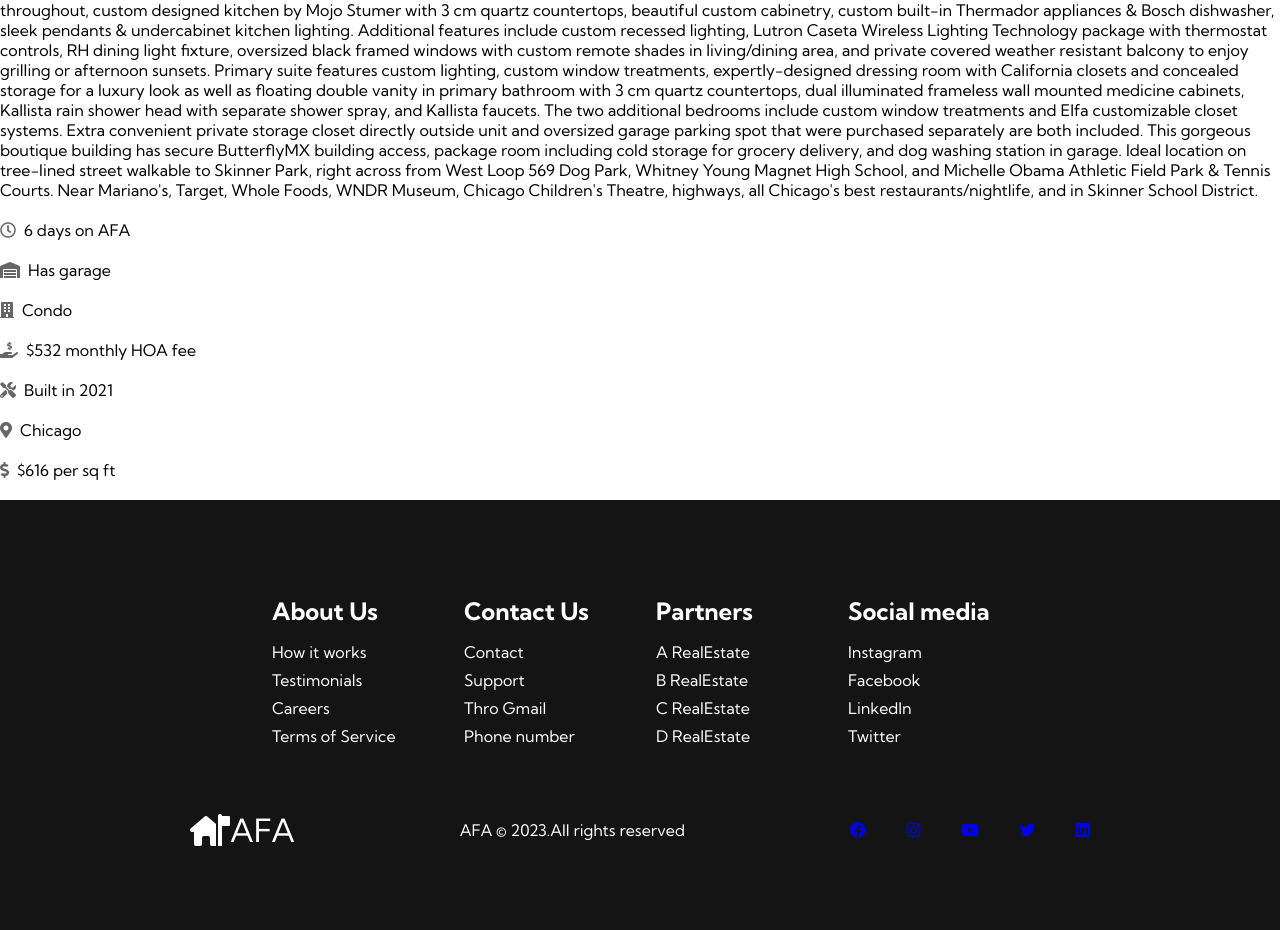
Repository: MrAllin1/ProgWWW_23_Gr1
Page: pages/Apartment1.html
An editor plug-in stored every save of this project. The page is shown before and after the next save, followed by the edit.
The browser window is 1280 px wide. The pictures show the part of the page from y = 709 to 1639 px (the page is 1639 px tall before and 1414 px after).
A picture or video elsewhere on the page could not be fetched, so the positions and the page height are approximate. Some web libraries are served in a nearby version.

Above is the page before, as saved 2024-01-11 02:18:47.

After the next save:
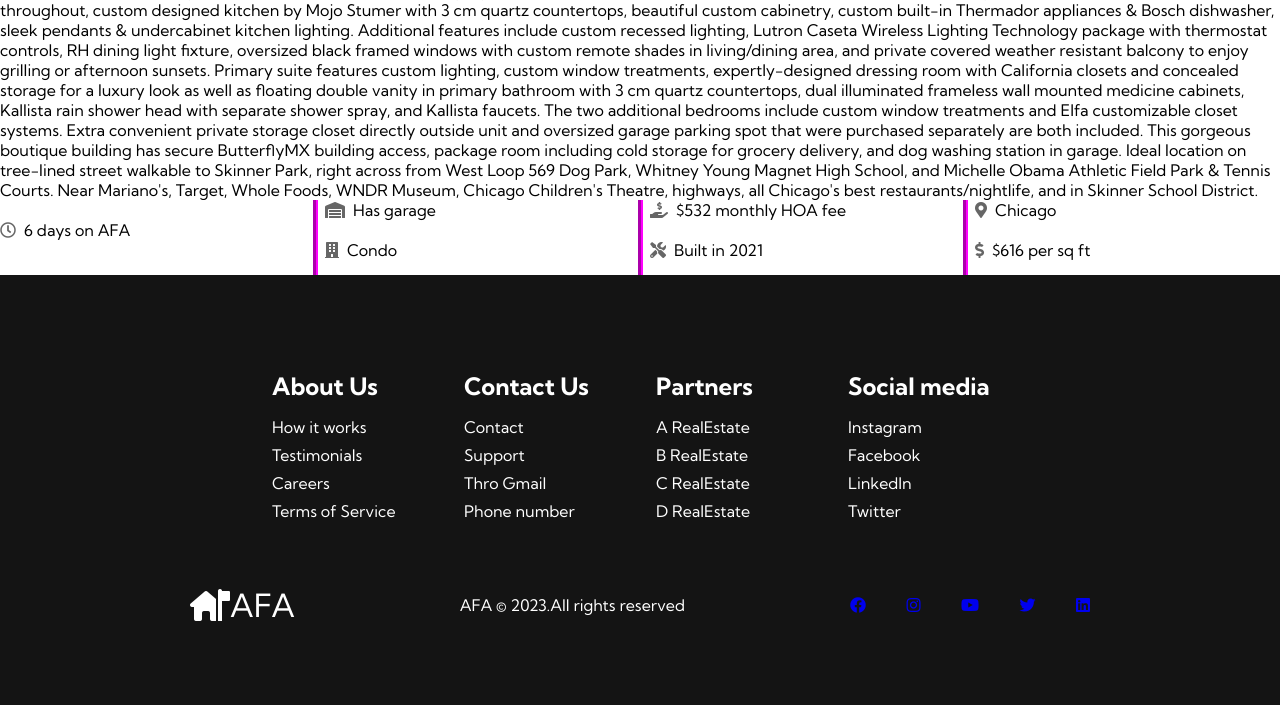
Saved 3 min 1 s later.
--- a/pages/stylesForHouse.css
+++ b/pages/stylesForHouse.css
@@ -317,14 +317,20 @@
   .arrow-button.right {
     right: 0;
   }
+  .property-features {
+    column-count: 3;
+    column-gap: 20px;
+    column-rule: 5px outset #ff00ff;
+    -webkit-column-count: 4;
+    -moz-column-gap: 20px;
+    -ms-column-rule: 5px outset #ff00ff;
+  }
   .feature {
     display: flex;
     align-items: center;
     margin-bottom: 20px; /* space between items */
     margin-top: 20px;
-
   }
-
   .feature i {
     margin-right: 8px; /* space between icon and text */
     color: #666666; /* icon color */
